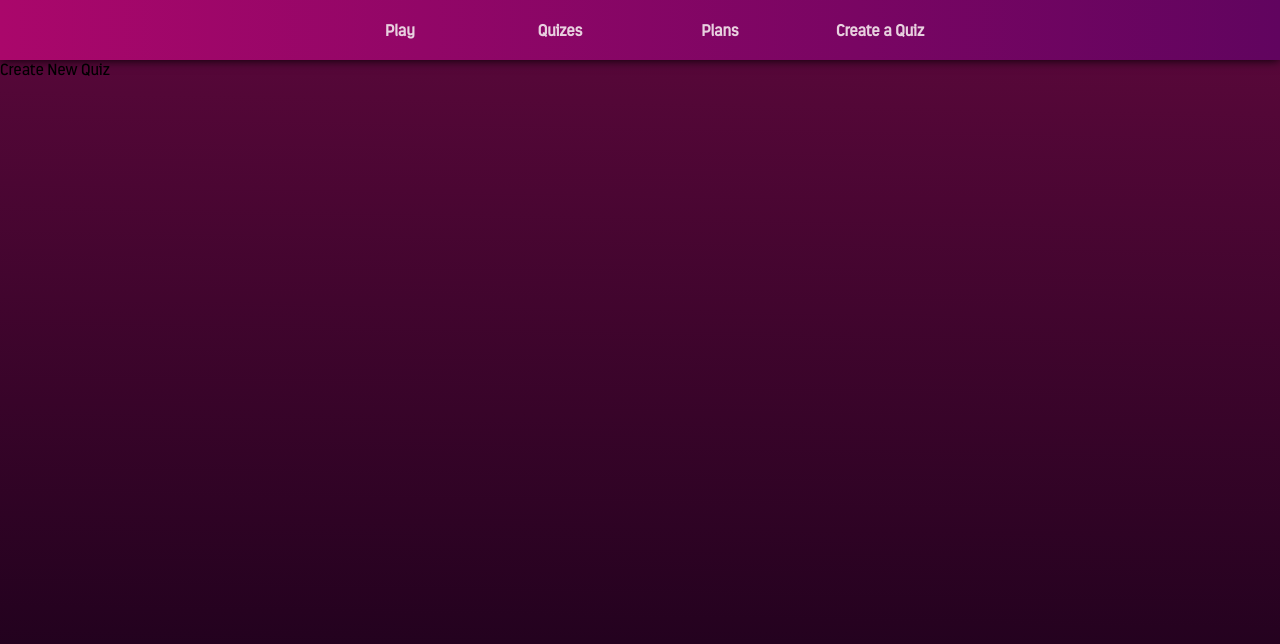
Repository: YoanDimitrov97/quiz-project
Page: /my_quiz (app in quiz_frontend/)
An editor plug-in stored every save of this project. The page is shown before and after the next save, followed by the edit.
The browser window is 1280 px wide. The pictures show the whole page.
The project was rebuilt for these pictures with package versions that can differ from the ones it lists, and the page was loaded fresh each time. Also part of the build but not shown: quiz_frontend/src/components/Index/Login.vue, quiz_frontend/src/components/Index/ProfileNav.vue, quiz_frontend/src/components/CreateQuiz/NewQuizQuestion.vue, quiz_frontend/src/components/CreateQuiz.vue, quiz_frontend/src/components/Index/QuizBox.vue, quiz_frontend/src/components/Index/EnterCode.vue, quiz_frontend/src/components/Index.vue.

Above is the page before, as saved 2020-01-16 11:23:29.

After the next save:
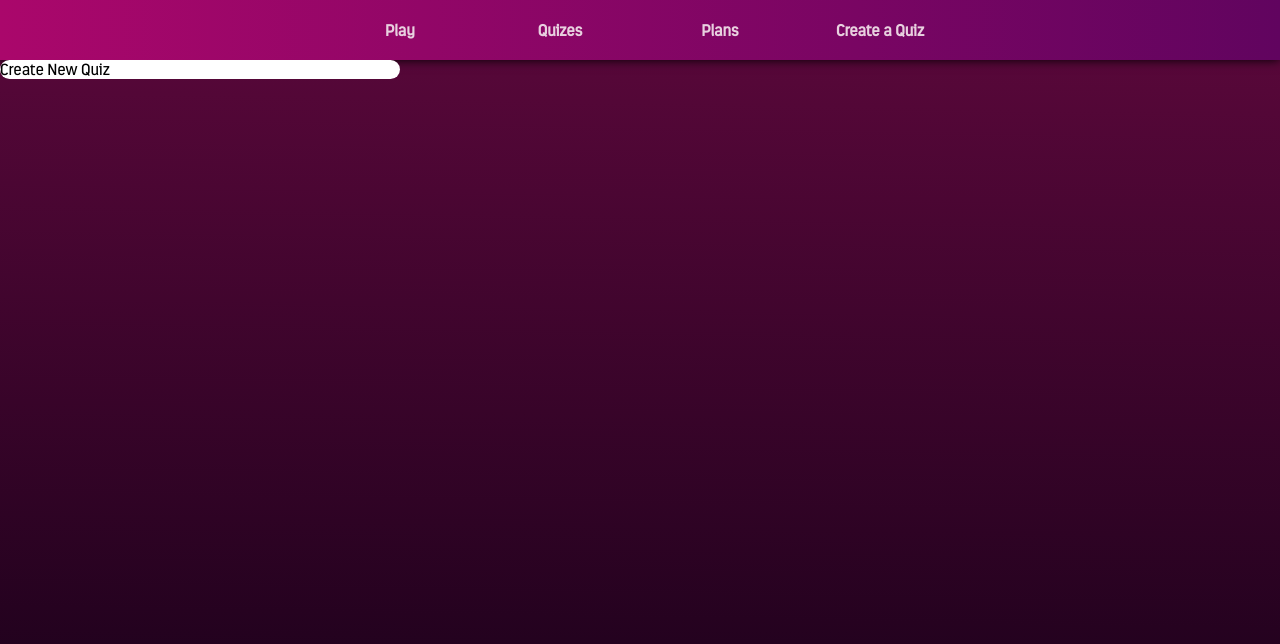
Saved 36 s later.
--- a/quiz_frontend/src/components/MyQuiz.vue
+++ b/quiz_frontend/src/components/MyQuiz.vue
@@ -17,5 +17,9 @@ export default {
 }
 </script>
 <style lang="scss">
-
+    .create_quiz_btn {
+        width:400px;
+        background:#fff;
+        border-radius:25px;
+    }
 </style>
